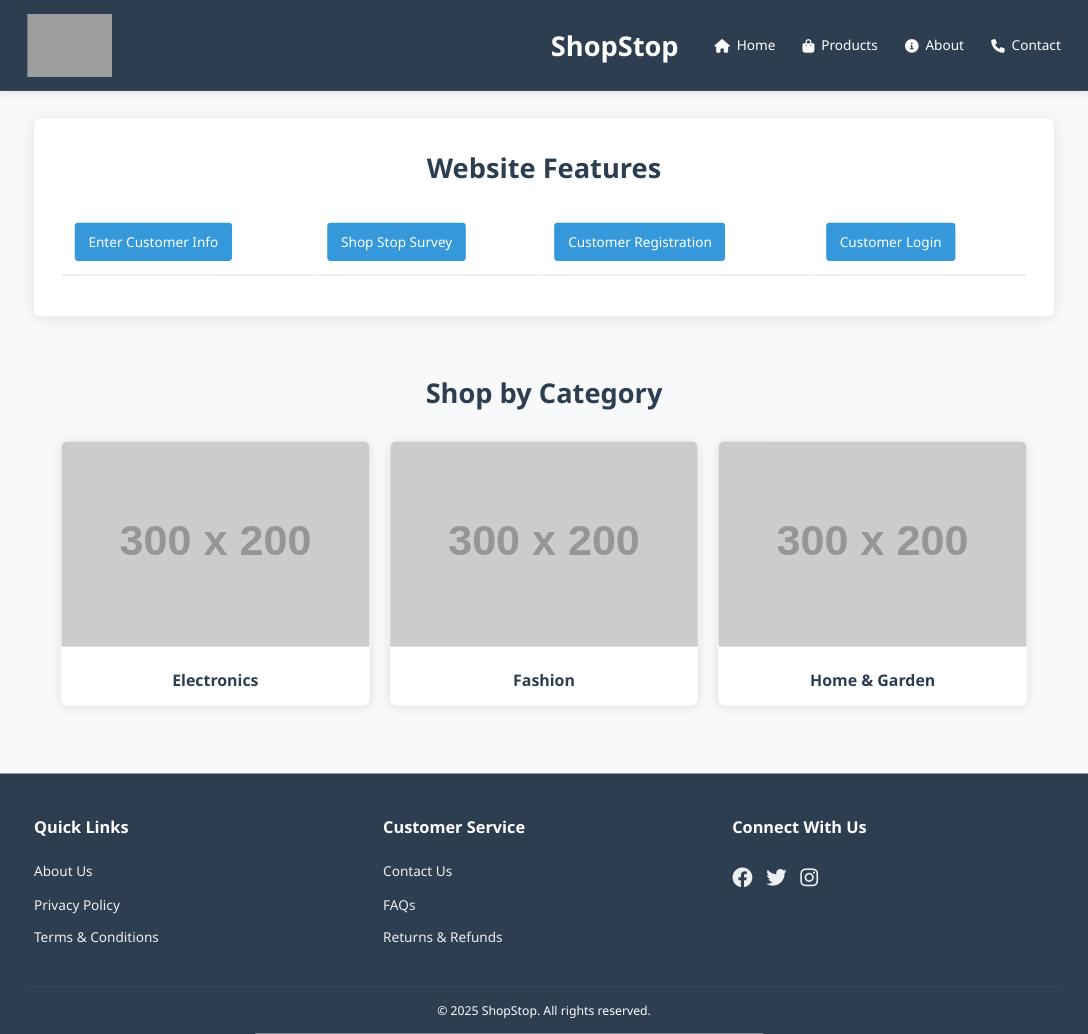
Repository: Rohit-3413/GET-java-training
Page: Web-workspace/ShopStop/src/main/webapp/index.html
The author's editor kept a copy of each file at every save. The page is drawn from the files as they stood at one save, then again after the next save.
The browser window is 1280 px wide. The pictures show the whole page, at 85% of full size.
Pictures or frames that could not be fetched are drawn as grey boxes.

Above is the page before, as saved 2025-09-19 09:03:07.

After the next save:
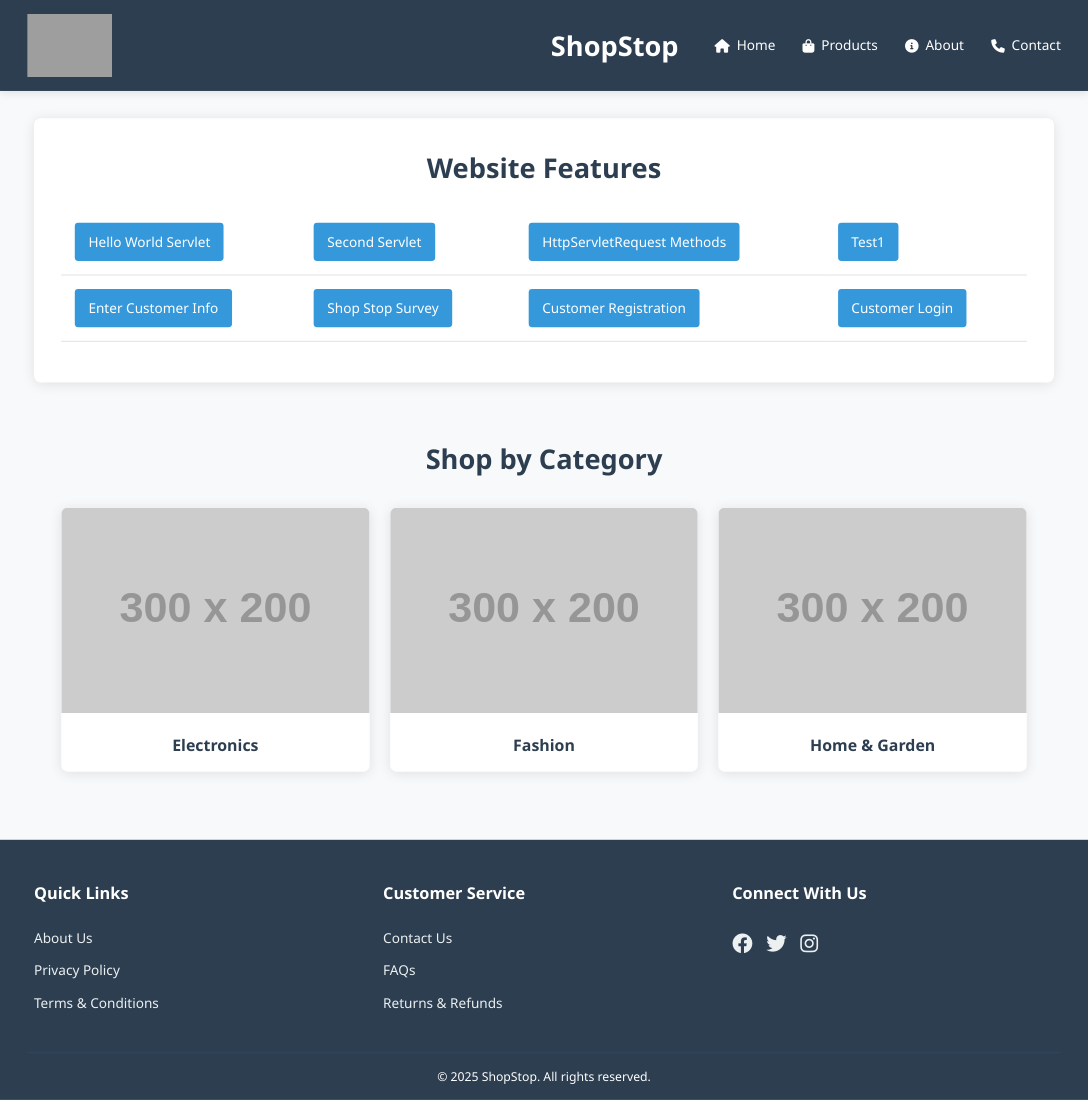
Saved 8 min 48 s later.
--- a/Web-workspace/ShopStop/src/main/webapp/index.html
+++ b/Web-workspace/ShopStop/src/main/webapp/index.html
@@ -28,6 +28,13 @@
         <section class="servlet-links">
             <h2>Website Features</h2>
             <table>
+               <tr>
+                        <td><a href="HelloWorld" class="btn">Hello World Servlet</a></td>
+                         <td><a href="SecondServlet" class="btn">Second Servlet</a></td>
+                         <td><a href="RequestMethodsDemo" class="btn">HttpServletRequest Methods</a></td>
+                         <td><a href="#" class="btn">Test1</a></td>
+
+                    </tr>
 
                     <tr>
                         <td><a href="register.html" class="btn">Enter Customer Info</a></td>
